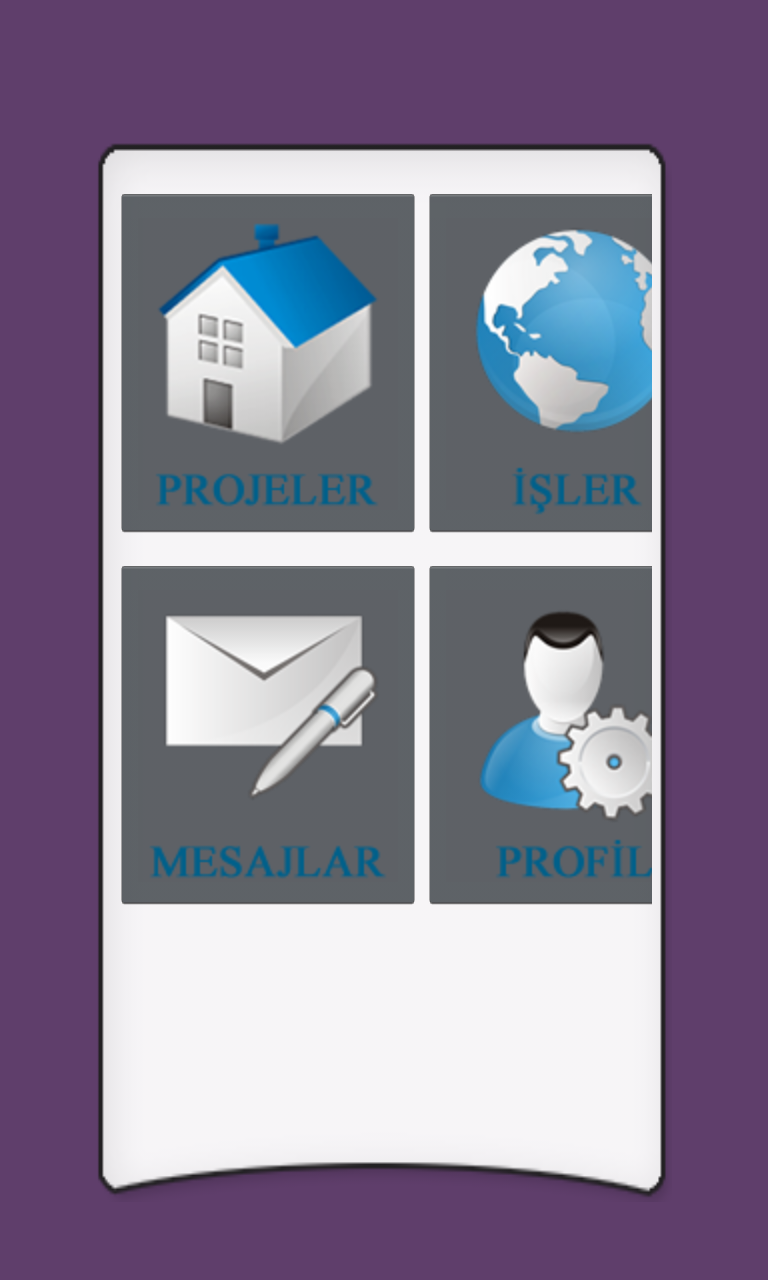
Repository: emremzrk/ETeknikMobil
Layout: Kim Nerede/res/layout/uyegiris.xml
An editor plug-in stored every save of this project. The layout is shown before and after the next save, followed by the edit.
It is drawn on a 768 x 1280 px phone screen (xhdpi) without system bars, with theme android:Theme.Holo; the app's code is not run.

Above is the layout before, as saved 2014-12-07 20:44:09.

### Kim Nerede/res/layout/uyegiris.xml
<?xml version="1.0" encoding="utf-8"?>
<RelativeLayout xmlns:android="http://schemas.android.com/apk/res/android"
    android:layout_width="match_parent"
    android:layout_height="match_parent"
    android:background="@color/giris_arka_plan">

    <TableLayout
        android:layout_width="wrap_content"
        android:layout_height="wrap_content"
        android:layout_alignParentBottom="true"
        android:layout_alignParentLeft="true"
        android:layout_alignParentRight="true"
        android:layout_alignParentTop="true"
        android:layout_marginBottom="39dp"
        android:layout_marginLeft="47dp"
        android:layout_marginRight="48dp"
        android:layout_marginTop="68dp"
        android:background="@drawable/menu_arka_plan"
        android:paddingLeft="10dp"
        android:paddingRight="10dp"
        android:paddingTop="25dp" >

        <TableRow>

	    	<ImageButton
	    	    android:id="@+id/haritaImageButton"
	    	    android:layout_width="wrap_content"
	    	    android:layout_height="wrap_content"
	    	    android:src="@drawable/harita" />

	    	<ImageButton
	    	    android:id="@+id/kimlerImageButton"
	    	    android:layout_width="wrap_content"
	    	    android:layout_height="wrap_content"
	    	    android:src="@drawable/kimler" />

	    	<ImageButton
	    	    android:id="@+id/profilImageButton"
	    	    android:layout_width="wrap_content"
	    	    android:layout_height="wrap_content"
	    	    android:src="@drawable/stok" />

	    </TableRow>

        <TableRow android:paddingTop="10dp" >

            <ImageButton
                android:id="@+id/ImageButton02"
                android:layout_width="wrap_content"
                android:layout_height="wrap_content"
                android:src="@drawable/mesaj" />

            <ImageButton
                android:id="@+id/ImageButton01"
                android:layout_width="wrap_content"
                android:layout_height="wrap_content"
                android:src="@drawable/profil" />

            <ImageButton
                android:id="@+id/ayarlarImageButton"
                android:layout_width="wrap_content"
                android:layout_height="wrap_content"
                android:src="@drawable/ayarlar" />

        </TableRow>

    </TableLayout>

</RelativeLayout>

### Kim Nerede/res/values/colors.xml
<?xml version="1.0" encoding="utf-8"?>
<resources>
    <color name="giris_arka_plan">#5F3E6B</color>
</resources>

After the next save:
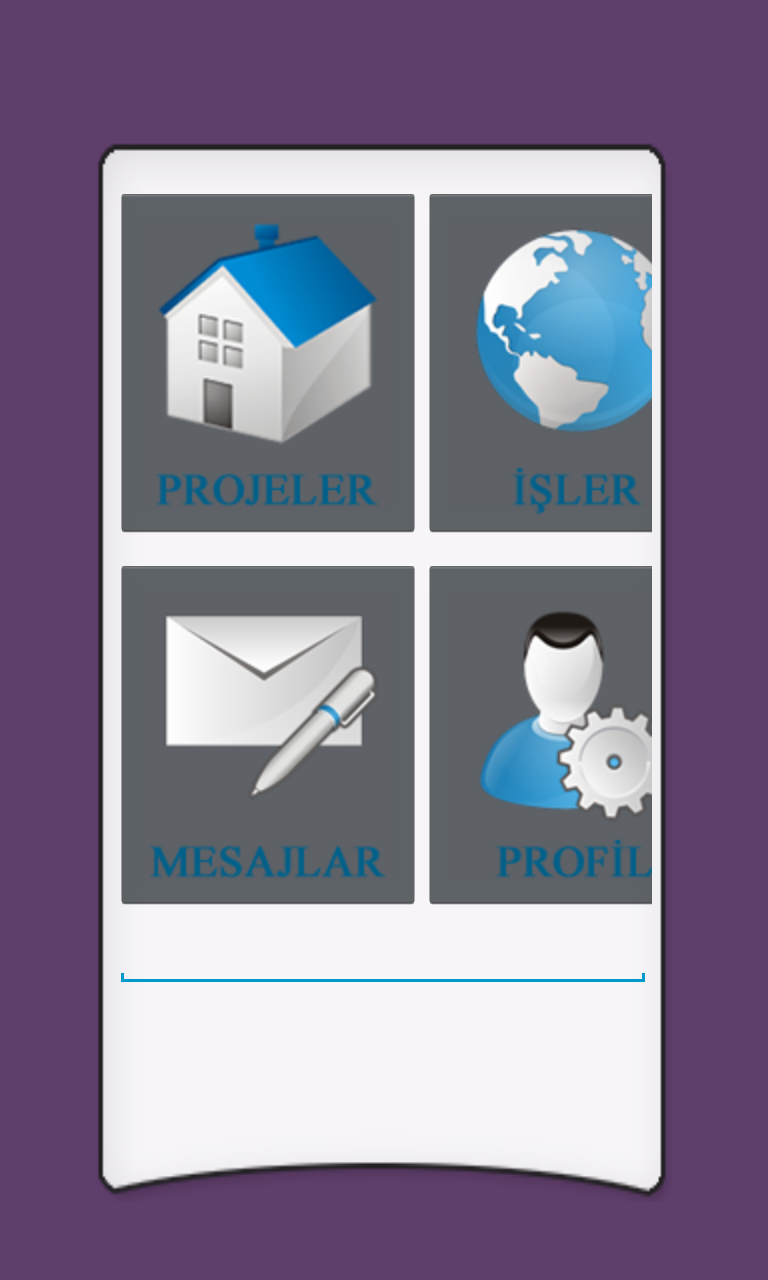
Saved 18 min 2 s later.
--- a/Kim Nerede/res/layout/uyegiris.xml
+++ b/Kim Nerede/res/layout/uyegiris.xml
@@ -64,6 +64,16 @@
 
         </TableRow>
 
+        <EditText
+            android:id="@+id/editText1"
+            android:layout_width="wrap_content"
+            android:layout_height="wrap_content"
+            android:ems="10"
+            android:inputType="textPersonName" >
+
+            <requestFocus />
+        </EditText>
+
     </TableLayout>
 
 </RelativeLayout>
